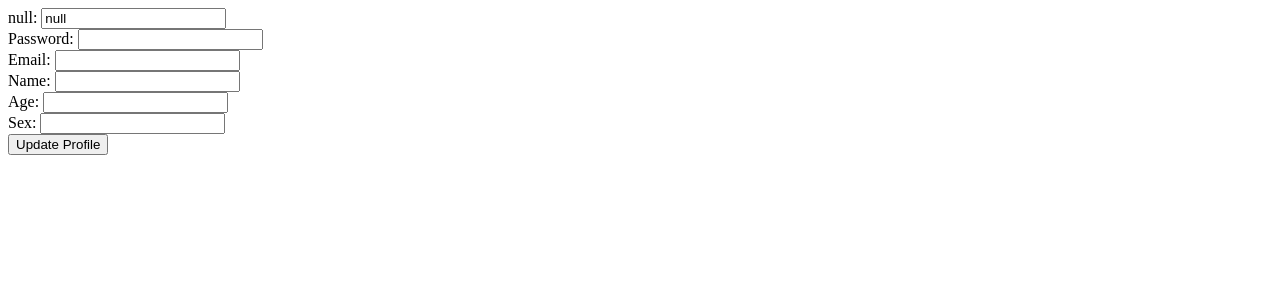
Repository: LifeIsRightward/WebServer
Page: http://localhost/JSPBook/Project/profile.jsp
The author's editor kept a copy of each file at every save. The page is drawn from the files as they stood at one save, then again after the next save.
The browser window is 1280 px wide. The pictures show the whole page.
The page is served by Tomcat 9. Other server files are loaded and not shown.

Above is the page before, as saved 2024-06-06 16:48:21.

### JSPBook/src/main/webapp/Project/profile.jsp
<%@ page language="java" contentType="text/html; charset=EUC-KR"
    pageEncoding="EUC-KR"%>
<!DOCTYPE html>
<html>
<head>
<meta charset="EUC-KR">
<title>Profile</title>
</head>
<body>
	<%@ page import = "javabean.*" %>

	<%
		String uid = "";
		String pw = "";
		String email = "";
		String name = "";
		String age = "";
		String sex = "";
		uid = request.getParameter("id");

		if(uid != null){
			String idnum = uid;
			memberDBCP mDBCP = new memberDBCP();
			member se = mDBCP.getMember(idnum);

			pw = se.getPassword();
			email = se.getEmail();
			name = se.getName();
			age = se.getAge();
			sex = se.getSex();
		}

		//out.println(uid);
		//out.println(age);
		//out.println(sex);
	%>



	<form method="post" action="profileprocess.jsp">
        <div>
        	<label for="id"><%= uid %>:</label>
        	<input type="text" name="id" value="<%= uid %>">
        </div>
        <div>
            <label for="password">Password:</label>
            <input type="text" name="password" value="<%= pw %>">
        </div>
        <div>
            <label for="email">Email:</label>
            <input type="email" name="email" value="<%= email %>">
        </div>
        <div>
            <label for="name">Name:</label>
            <input type="text" name="name" value="<%= name %>">
        </div>
        <div>
            <label for="age">Age:</label>
            <input type="text" name="age" value="<%= age %>">
        </div>
        <div>
            <label for="sex">Sex:</label>
            <input type="text" name="sex" value="<%= sex %>">
        </div>
        <button type="button" value="update" name="update">Update Profile</button>

    </form>


</body>
</html>

After the next save:
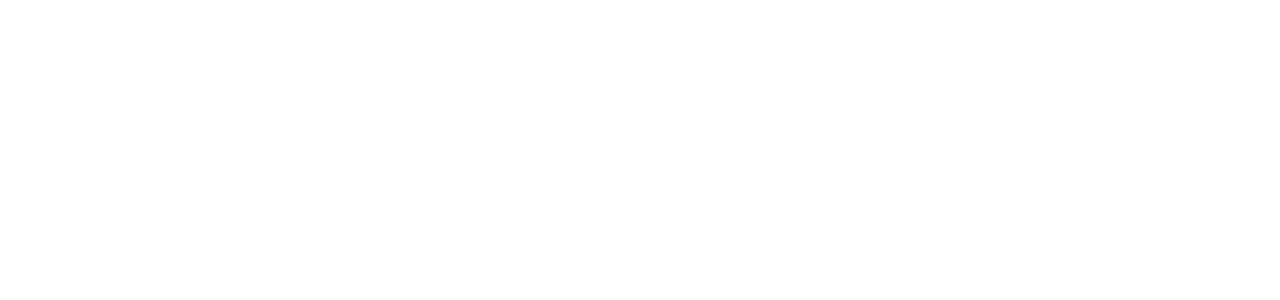
Saved 51 s later.
--- a/JSPBook/src/main/webapp/Project/profile.jsp
+++ b/JSPBook/src/main/webapp/Project/profile.jsp
@@ -37,34 +37,7 @@
 
 
 
-	<form method="post" action="profileprocess.jsp">
-        <div>
-        	<label for="id"><%= uid %>:</label>
-        	<input type="text" name="id" value="<%= uid %>">
-        </div>
-        <div>
-            <label for="password">Password:</label>
-            <input type="text" name="password" value="<%= pw %>">
-        </div>
-        <div>
-            <label for="email">Email:</label>
-            <input type="email" name="email" value="<%= email %>">
-        </div>
-        <div>
-            <label for="name">Name:</label>
-            <input type="text" name="name" value="<%= name %>">
-        </div>
-        <div>
-            <label for="age">Age:</label>
-            <input type="text" name="age" value="<%= age %>">
-        </div>
-        <div>
-            <label for="sex">Sex:</label>
-            <input type="text" name="sex" value="<%= sex %>">
-        </div>
-        <button type="button" value="update" name="update">Update Profile</button>
 
-    </form>
 
 
 </body>

After the save that followed:
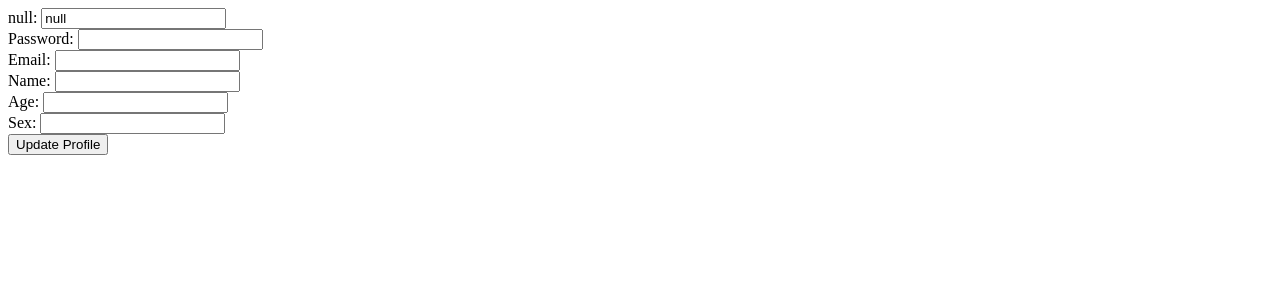
Saved 15 s later.
--- a/JSPBook/src/main/webapp/Project/profile.jsp
+++ b/JSPBook/src/main/webapp/Project/profile.jsp
@@ -37,7 +37,34 @@
 
 
 
+	<form method="post" action="profileprocess.jsp">
+        <div>
+        	<label for="id"><%= uid %>:</label>
+        	<input type="text" name="id" value="<%= uid %>">
+        </div>
+        <div>
+            <label for="password">Password:</label>
+            <input type="text" name="password" value="<%= pw %>">
+        </div>
+        <div>
+            <label for="email">Email:</label>
+            <input type="email" name="email" value="<%= email %>">
+        </div>
+        <div>
+            <label for="name">Name:</label>
+            <input type="text" name="name" value="<%= name %>">
+        </div>
+        <div>
+            <label for="age">Age:</label>
+            <input type="text" name="age" value="<%= age %>">
+        </div>
+        <div>
+            <label for="sex">Sex:</label>
+            <input type="text" name="sex" value="<%= sex %>">
+        </div>
+        <button type="button" value="update" name="update">Update Profile</button>
 
+    </form>
 
 
 </body>
